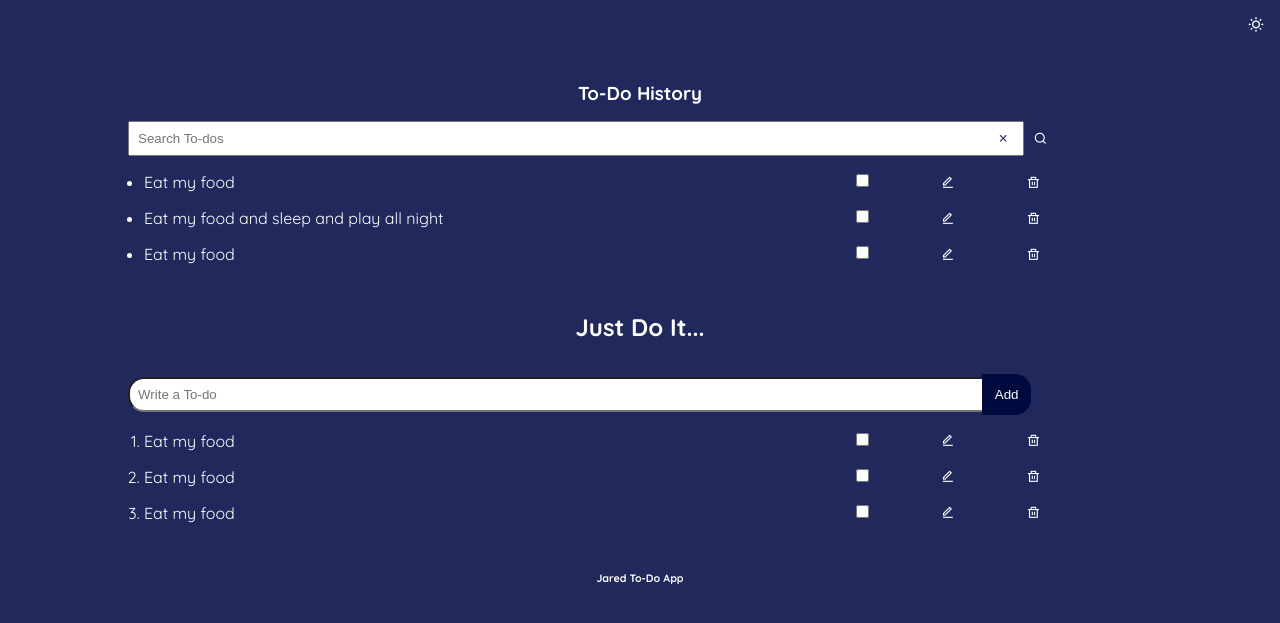
Repository: EguJaredoBoyd/Jared-ToDo-App
Page: main.html
An editor plug-in stored every save of this project. The page is shown before and after the next save, followed by the edit.
The browser window is 1280 px wide. The pictures show the whole page.
Some web libraries are served in a nearby version.

Above is the page before, as saved 2025-12-24 16:57:30.
Not found: js/to-do.j

After the next save:
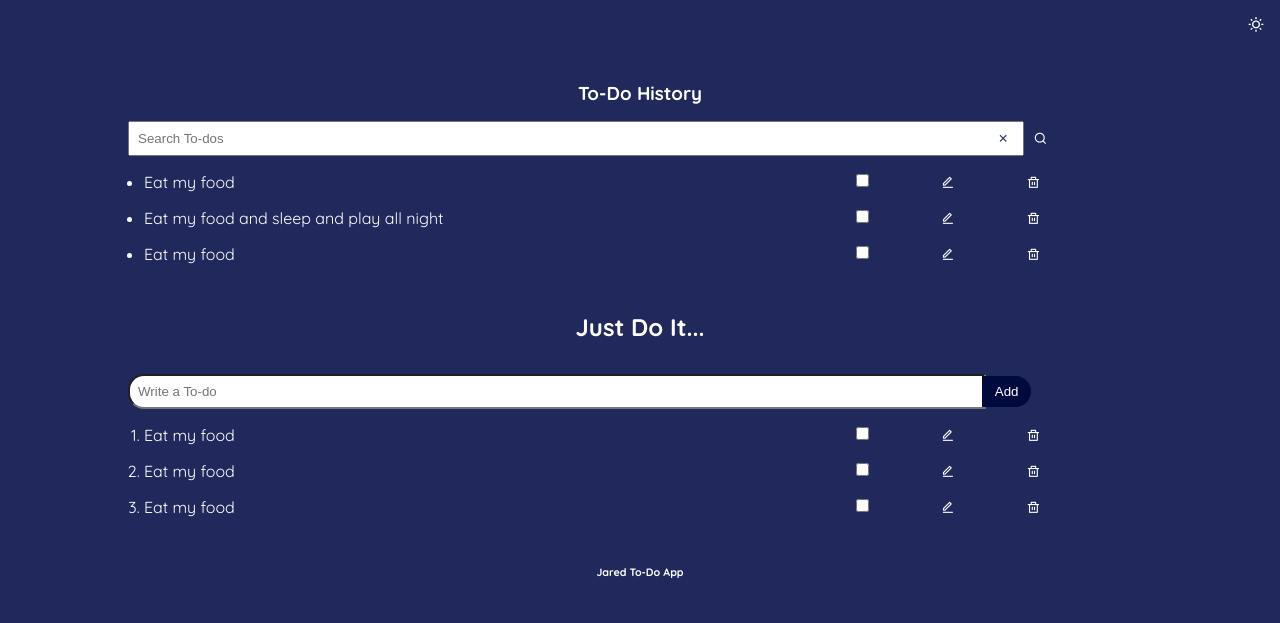
Saved 12 s later.
--- a/css/main.css
+++ b/css/main.css
@@ -122,7 +122,7 @@ main {
 
 .To-Do__create button {
   margin-left: -0.5rem;
-  padding: 0.8rem;
+  padding: 0.5rem 0.8rem;
   border-top-right-radius: 1rem;
   border-bottom-right-radius: 1rem;
   background-color: #010a3f;
